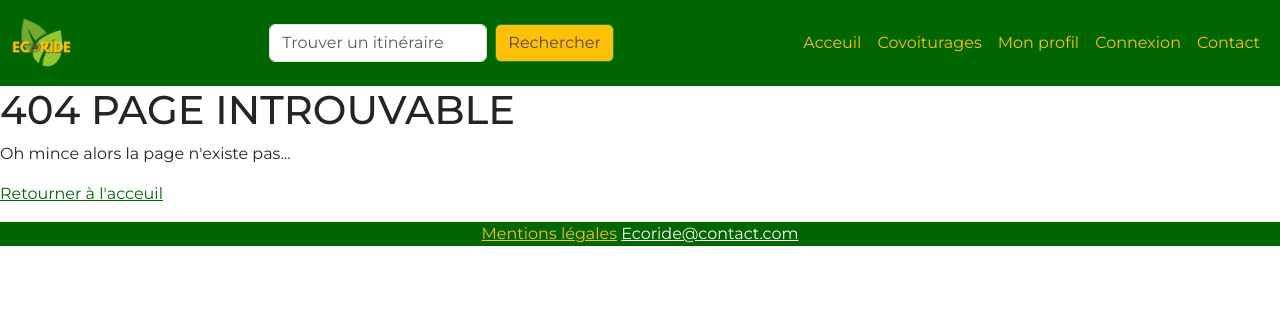
Repository: lemonhao9/ECF
Page: index.html
These files come from the project's save history. The page is drawn as it stood at one moment and after the next save; the edit follows.
The browser window is 1280 px wide. The pictures show the whole page.
Some web fonts or font styles are not loaded; a fallback is used. The style sheet was rebuilt from its Sass, Less or Tailwind sources for each picture, by a compiler version that may differ from the author's.

Above is the page before, as saved 2025-02-11 14:53:04.

### index.html
<!DOCTYPE html>
<html lang="fr">
<head>
    <meta charset="UTF-8">
    <meta name="viewport" content="width=device-width, initial-scale=1.0">
    <link rel="preconnect" href="https://fonts.googleapis.com">
    <link rel="preconnect" href="https://fonts.gstatic.com" crossorigin>
    <link href="https://fonts.googleapis.com/css2?family=Hind+Madurai:wght@300;400;500;600;700&family=Montserrat:ital,wght@0,100..900;1,100..900&display=swap" rel="stylesheet">
    <link rel="stylesheet" href="/scss/main.css"/>
    <title>EcoRide</title>
</head>
<body>

    <header>
<nav class="navbar navbar-expand-lg bg-primary" data-bs-theme="light">
  <div class="container-fluid">
        <a class="navbar-brand" href="/"><img src="/images/EcoRideLOGO.png" class="img-fluid" alt="logo EcoRide" width="60px"height="50px"></a>
        <button class="navbar-toggler" type="button" data-bs-toggle="collapse" data-bs-target="#navbarSupportedContent" aria-controls="navbarSupportedContent" aria-expanded="false" aria-label="Toggle navigation">
      <span class="navbar-toggler-icon"></span>
        </button>
     <div class="collapse navbar-collapse" id="navbarSupportedContent">
        <div class="d-flex justify-content-center w-100">
            <form class="d-flex" role="search">
              <input class="form-control me-2" type="search" placeholder="Trouver un itinéraire" aria-label="Search">
              <button class="btn btn-outline-success bg-secondary text-black" type="submit">Rechercher</button>
            </form>
          </div>
      <ul class="navbar-nav ms-auto mb-2 mb-lg-0">
        <li class="nav-item">
          <a class="nav-link text-secondary" href="/">Acceuil</a>
        </li>
        <li class="nav-item">
          <a class="nav-link text-secondary" href="/formCovoit">Covoiturages</a>
        </li>
        <li class="nav-item">
          <a class="nav-link text-secondary text-nowrap" href="/profile">Mon profil</a>
        </li>
        <li class="nav-item">
            <a class="nav-link text-secondary" href="#">Connexion</a>
          </li>
          <li class="nav-item">
            <a class="nav-link text-secondary" href="">Contact</a>
          </li>
      </ul>

    </div>
  </div>
</nav>
    </header>

    <main id="main-page">
        <!-- Injection du contenu des différentes pages-->
    </main>
    <footer class="bg-primary text-center">
        <a href="#" class="text-secondary">Mentions légales</a>
        <a href="mailto:Ecoride@contact.com" class="text-white">Ecoride@contact.com</a>
    </footer>

    <script type="module" src="./Router/router.js"></script>
    <script src="node_modules/bootstrap/dist/js/bootstrap.bundle.min.js"></script>

</body>
</html>

### Router/router.js
import Route from "./Route.js";
import { allRoutes, websiteName } from "./allRoutes.js";

// Création d'une route pour la page 404 (page introuvable)
const route404 = new Route("404", "Page introuvable", "/pages/404.html");

// Fonction pour récupérer la route correspondant à une URL donnée
const getRouteByUrl = (url) => {
  let currentRoute = null;
  // Parcours de toutes les routes pour trouver la correspondance
  allRoutes.forEach((element) => {
    if (element.url == url) {
      currentRoute = element;
    }
  });
  // Si aucune correspondance n'est trouvée, on retourne la route 404
  if (currentRoute != null) {
    return currentRoute;
  } else {
    return route404;
  }
};

// Fonction pour charger le contenu de la page
const LoadContentPage = async () => {
  const path = window.location.pathname;
  // Récupération de l'URL actuelle
  const actualRoute = getRouteByUrl(path);
  // Récupération du contenu HTML de la route
  const html = await fetch(actualRoute.pathHtml).then((data) => data.text());
  // Ajout du contenu HTML à l'élément avec l'ID "main-page"
  document.getElementById("main-page").innerHTML = html;

  // Ajout du contenu JavaScript
  if (actualRoute.pathJS != "") {
    // Création d'une balise script
    var scriptTag = document.createElement("script");
    scriptTag.setAttribute("type", "text/javascript");
    scriptTag.setAttribute("src", actualRoute.pathJS);

    // Ajout de la balise script au corps du document
    document.querySelector("body").appendChild(scriptTag);
  }

  // Changement du titre de la page
  document.title = actualRoute.title + " - " + websiteName;
};

// Fonction pour gérer les événements de routage (clic sur les liens)
const routeEvent = (event) => {
  event = event || window.event;
  event.preventDefault();
  // Mise à jour de l'URL dans l'historique du navigateur
  window.history.pushState({}, "", event.target.href);
  // Chargement du contenu de la nouvelle page
  LoadContentPage();
};

// Gestion de l'événement de retour en arrière dans l'historique du navigateur
window.onpopstate = LoadContentPage;
// Assignation de la fonction routeEvent à la propriété route de la fenêtre
window.route = routeEvent;
// Chargement du contenu de la page au chargement initial
LoadContentPage();

### Router/allRoutes.js
import Route from "./Route.js";

//Définir ici vos routes
export const allRoutes = [
    new Route("/", "Accueil", "./pages/home.html"),
    new Route("/profile", "Profil", "./pages/profile.html"),
    new Route("/login", "Connexion", "./pages/auth/login.html"),
    new Route("/signin", "Inscription", "./pages/auth/signin.html"),
    new Route("/formCovoit", "Covoiturages", "./pages/formCovoit.html"),
    new Route("/vueCovoit", "Se déplacer", "./pages/vueCovoit.html")
];

//Le titre s'affiche comme ceci : Route.titre - websitename
export const websiteName = "EcoRide";

### pages/404.html
<div>
    <h1>404 PAGE INTROUVABLE</h1>
    <p>Oh mince alors la page n'existe pas...</p>
    <p><a href="/">Retourner à l'acceuil</a></p>
</div>

### scss/main.scss
@import 'custom'

### scss/_custom.scss
// Include any default variable overrides here (though functions won't be available)

$primary: #006600;
$secondary: #FFC107;
$dark:#392C1E;
$black:  #584832;
$font-family-sans-serif: "Montserrat", sans-serif !default;
$font-family-serif: "Hind Madurai", serif !default;

@import "../node_modules/bootstrap/scss/bootstrap";

//Suite du code ici

.navbar-toggler-icon {
    background-image: url("data:[embedded picture, 225 characters]");
  }
.navbar-toggler{
  border:none; //2px solid #FFC107;
}
.navbar-toggler:focus{
  box-shadow: none;
}

Loaded but not shown: node_modules/bootstrap/dist/js/bootstrap.bundle.min.js (library); Router/Route.js (common file)

After the next save:
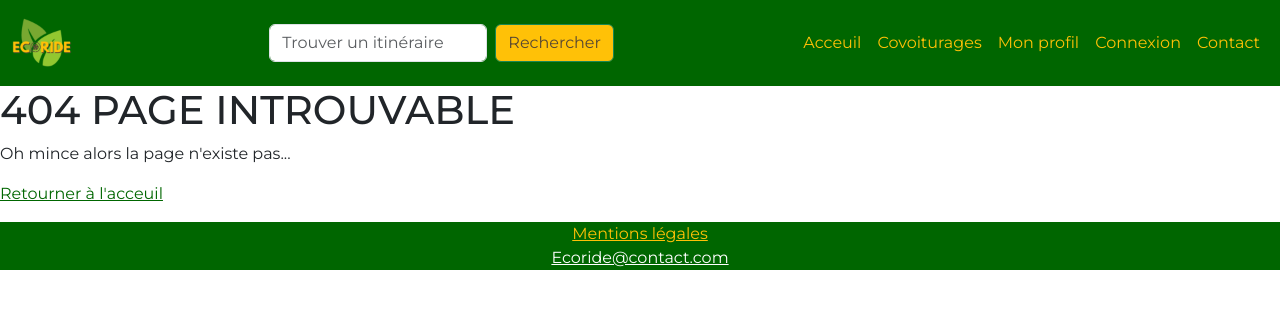
Saved 114 s later.
--- a/index.html
+++ b/index.html
@@ -52,8 +52,12 @@
         <!-- Injection du contenu des différentes pages-->
     </main>
     <footer class="bg-primary text-center">
-        <a href="#" class="text-secondary">Mentions légales</a>
-        <a href="mailto:Ecoride@contact.com" class="text-white">Ecoride@contact.com</a>
+        <div class="col-12">
+            <a href="#" class="text-secondary">Mentions légales</a>
+        </div>
+        <div>
+            <a href="mailto:Ecoride@contact.com" class="text-white">Ecoride@contact.com</a>
+        </div>
     </footer>
 
     <script type="module" src="./Router/router.js"></script>
